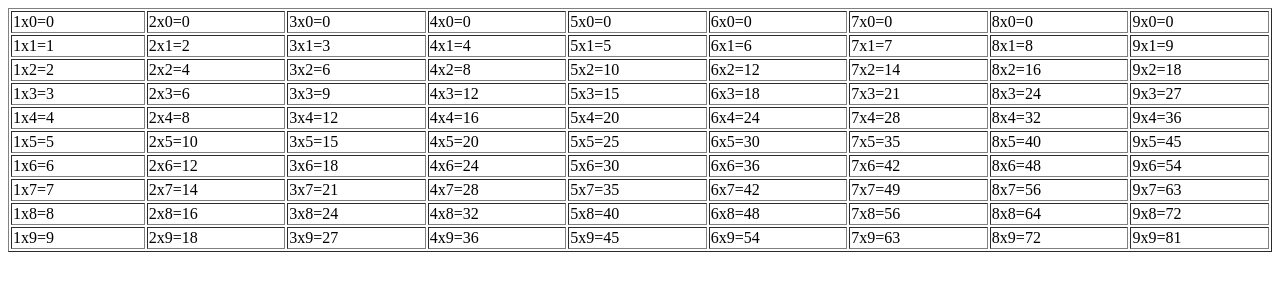
Repository: JeongDaejin/JSP-
Page: http://localhost/ServletTest/expressionTest.jsp
An editor plug-in stored every save of this project. The page is shown before and after the next save, followed by the edit.
The browser window is 1280 px wide. The pictures show the whole page.
The page is served by Tomcat 9. Other server files are loaded and not shown.

Above is the page before, as saved 2023-02-01 05:44:57.

### JSPExam2/ServletTest/src/main/webapp/expressionTest.jsp
<%@ page language="java" contentType="text/html; charset=EUC-KR"
    pageEncoding="EUC-KR"%>
    <%@ page import="java.util.Calendar" %>
<!DOCTYPE html>


<%
Calendar c =Calendar.getInstance();
int hour=c.get(Calendar.HOUR_OF_DAY);
int minute=c.get(Calendar.MINUTE);
int second=c.get(Calendar.SECOND);
%>
<html>
<head>
<title>구구단</title>
</head>
<body>
<TABLE border="1">

<% for(int i=0; i<10;i++){
	%>
	<tr>
	<% for(int j=1; j<10; j++){

		if(i==0 && j==0){%>
			<td><%=j %>단</td>
		<% }
		%>
		<td style="width: 200pt;"><%=j %>x<%=i %>=<%=i*j %></td>
<%
	}
	%>
	</tr>
	<%
} %>
</TABLE>
<%-- <h1>현재시간 <%=hour %>시 <%=minute %>분 <%=second %>초</h1>
<%if(hour>=12){ %>
<h2>오후 입니다.</h2>
<%} else { %>
<h2>오전 입니</h2> --%>
</body>
</html>

After the next save:
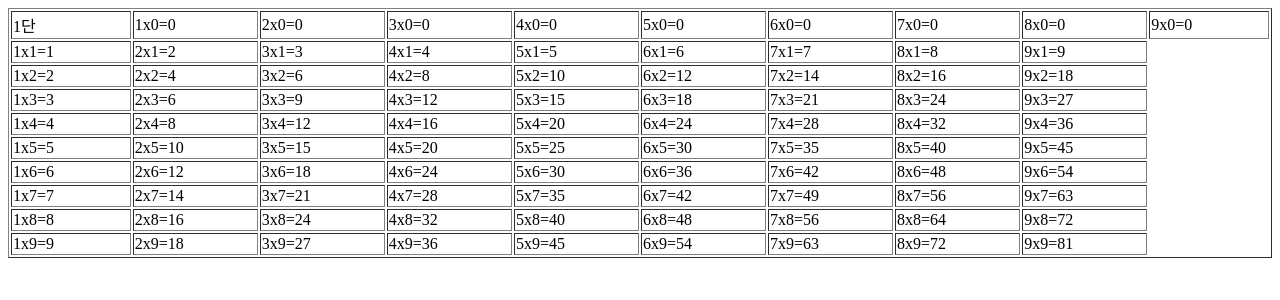
Saved 27 s later.
--- a/JSPExam2/ServletTest/src/main/webapp/expressionTest.jsp
+++ b/JSPExam2/ServletTest/src/main/webapp/expressionTest.jsp
@@ -22,7 +22,7 @@ int second=c.get(Calendar.SECOND);
 	<tr>
 	<% for(int j=1; j<10; j++){
 
-		if(i==0 && j==0){%>
+		if(i==0 && j==1){%>
 			<td><%=j %>단</td>
 		<% }
 		%>
